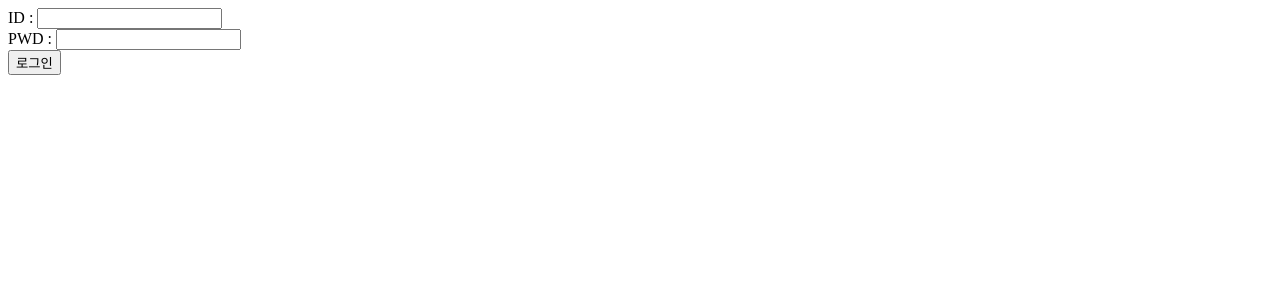
Repository: j-hee-98/Servlet-JSP
Page: http://localhost/WS_0418/left.jsp
An editor plug-in stored every save of this project. The page is shown before and after the next save, followed by the edit.
The browser window is 1280 px wide. The pictures show the whole page.
The page is served by Tomcat 10.

Above is the page before, as saved 2025-04-18 07:23:10.

After the next save:
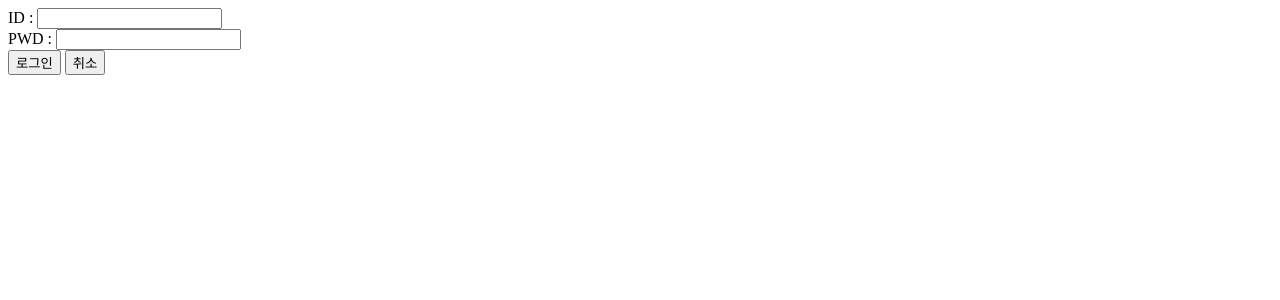
Saved 44 s later.
--- a/WS_0418/src/main/webapp/left.jsp
+++ b/WS_0418/src/main/webapp/left.jsp
@@ -12,6 +12,7 @@
   PWD : <input type="password" name="userPwd" /><br/>
 
   <input type="submit" value="로그인" />
+  <input type="button" value="취소"/>
 	</form>
 </body>
 </html>
